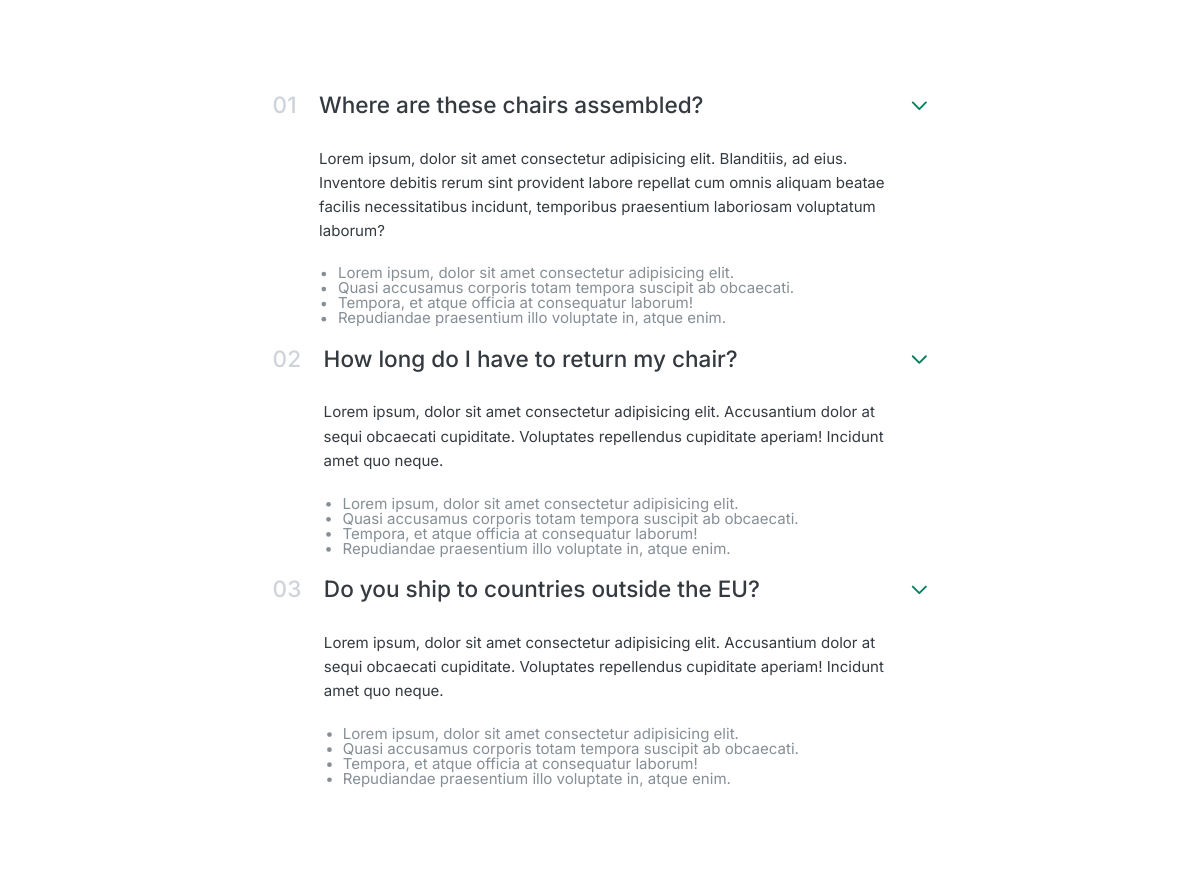
Repository: nghiakma/HTML-CSS-Fundamental
Page: Component_LayoutPatterns/accordion.html
The author's editor kept a copy of each file at every save. The page is drawn from the files as they stood at one save, then again after the next save.
The browser window is 1280 px wide. The pictures show the whole page, at 94% of full size.

Above is the page before, as saved 2023-08-26 11:12:15.

### Component_LayoutPatterns/accordion.html
<!DOCTYPE html>
<html lang="en">

<head>
  <meta charset="UTF-8">
  <meta name="viewport" content="width=device-width, initial-scale=1.0">
  <link href="https://fonts.googleapis.com/css2?family=Inter:wght@400;500;700&display=swap" rel="stylesheet" />
  <title>Accordion Component</title>
  <style>
    /*
      SPACING SYSTEM (px)
      2 / 4 / 8 / 12 / 16 / 24 / 32 / 48 / 64 / 80 / 96 / 128
      FONT SIZE SYSTEM (px)
      10 / 12 / 14 / 16 / 18 / 20 / 24 / 30 / 36 / 44 / 52 / 62 / 74 / 86 / 98
      */
    /*
      MAIN COLOR: #087f5b
      GREY COLOR: #343a40
      */
    * {
      margin: 0;
      padding: 0;
      box-sizing: border-box;
    }

    body {
      font-family: "Inter", sans-serif;
      color: #343a40;
      line-height: 1;
    }

    .accordion {
      width: 700px;
      margin: 100px auto;
      display: flex;
      flex-direction: column;
      gap: 24px;
    }

    .item {
      display: grid;
      grid-template-columns: auto 1fr auto;
      column-gap: 24px;
      row-gap: 32px;
      align-items: center;
    }

    .number,
    .text {
      font-size: 24px;
      font-weight: 500;
    }

    .number {
      color: #ced4da;
    }

    .icon {
      stroke: #087f5b;
      width: 24px;
      height: 24px;
    }

    .hidden-box {
      grid-column: 2;
    }

    .hidden-box p {
      line-height: 1.6;
      margin-bottom: 24px;
    }

    .hidden-box ul {
      color: #868e96;
      margin-left: 20px;
      display: flex;
      flex-direction: column;
    }
  </style>
</head>
<!--Accordion la mot danh sach dc sap xep theo chieu doc hay chieu ngang
co chuc nang de hien thi hay an noi dung-->

<body>
  <div class="accordion">
    <div class="item">
      <p class="number">01</p>
      <p class="text">Where are these chairs assembled?</p>
      <svg xmlns="http://www.w3.org/2000/svg" class="icon" fill="none" viewBox="0 0 24 24" stroke="currentColor">
        <path stroke-linecap="round" stroke-linejoin="round" stroke-width="2" d="M19 9l-7 7-7-7" />
      </svg>
      <div class="hidden-box">
        <p>
          Lorem ipsum, dolor sit amet consectetur adipisicing elit. Blanditiis, ad eius. Inventore debitis rerum sint
          provident labore repellat cum omnis aliquam beatae facilis necessitatibus incidunt, temporibus praesentium
          laboriosam voluptatum laborum?
        </p>
        <ul>
          <li>Lorem ipsum, dolor sit amet consectetur adipisicing elit.</li>
          <li>
            Quasi accusamus corporis totam tempora suscipit ab obcaecati.
          </li>
          <li>Tempora, et atque officia at consequatur laborum!</li>
          <li>Repudiandae praesentium illo voluptate in, atque enim.</li>
        </ul>
      </div>
    </div>
    <div class="item open">
      <p class="number">02</p>
      <p class="text">How long do I have to return my chair?</p>
      <svg xmlns="http://www.w3.org/2000/svg" class="icon" fill="none" viewBox="0 0 24 24" stroke="currentColor">
        <path stroke-linecap="round" stroke-linejoin="round" stroke-width="2" d="M19 9l-7 7-7-7" />
      </svg>
      <div class="hidden-box">
        <p>
          Lorem ipsum, dolor sit amet consectetur adipisicing elit.
          Accusantium dolor at sequi obcaecati cupiditate. Voluptates
          repellendus cupiditate aperiam! Incidunt amet quo neque.
        </p>
        <ul>
          <li>Lorem ipsum, dolor sit amet consectetur adipisicing elit.</li>
          <li>
            Quasi accusamus corporis totam tempora suscipit ab obcaecati.
          </li>
          <li>Tempora, et atque officia at consequatur laborum!</li>
          <li>Repudiandae praesentium illo voluptate in, atque enim.</li>
        </ul>
      </div>
    </div>

    <div class="item">
      <p class="number">03</p>
      <p class="text">Do you ship to countries outside the EU?</p>
      <svg xmlns="http://www.w3.org/2000/svg" class="icon" fill="none" viewBox="0 0 24 24" stroke="currentColor">
        <path stroke-linecap="round" stroke-linejoin="round" stroke-width="2" d="M19 9l-7 7-7-7" />
      </svg>
      <div class="hidden-box">
        <p>
          Lorem ipsum, dolor sit amet consectetur adipisicing elit.
          Accusantium dolor at sequi obcaecati cupiditate. Voluptates
          repellendus cupiditate aperiam! Incidunt amet quo neque.
        </p>
        <ul>
          <li>Lorem ipsum, dolor sit amet consectetur adipisicing elit.</li>
          <li>
            Quasi accusamus corporis totam tempora suscipit ab obcaecati.
          </li>
          <li>Tempora, et atque officia at consequatur laborum!</li>
          <li>Repudiandae praesentium illo voluptate in, atque enim.</li>
        </ul>
      </div>
    </div>
  </div>
</body>

</html>

After the next save:
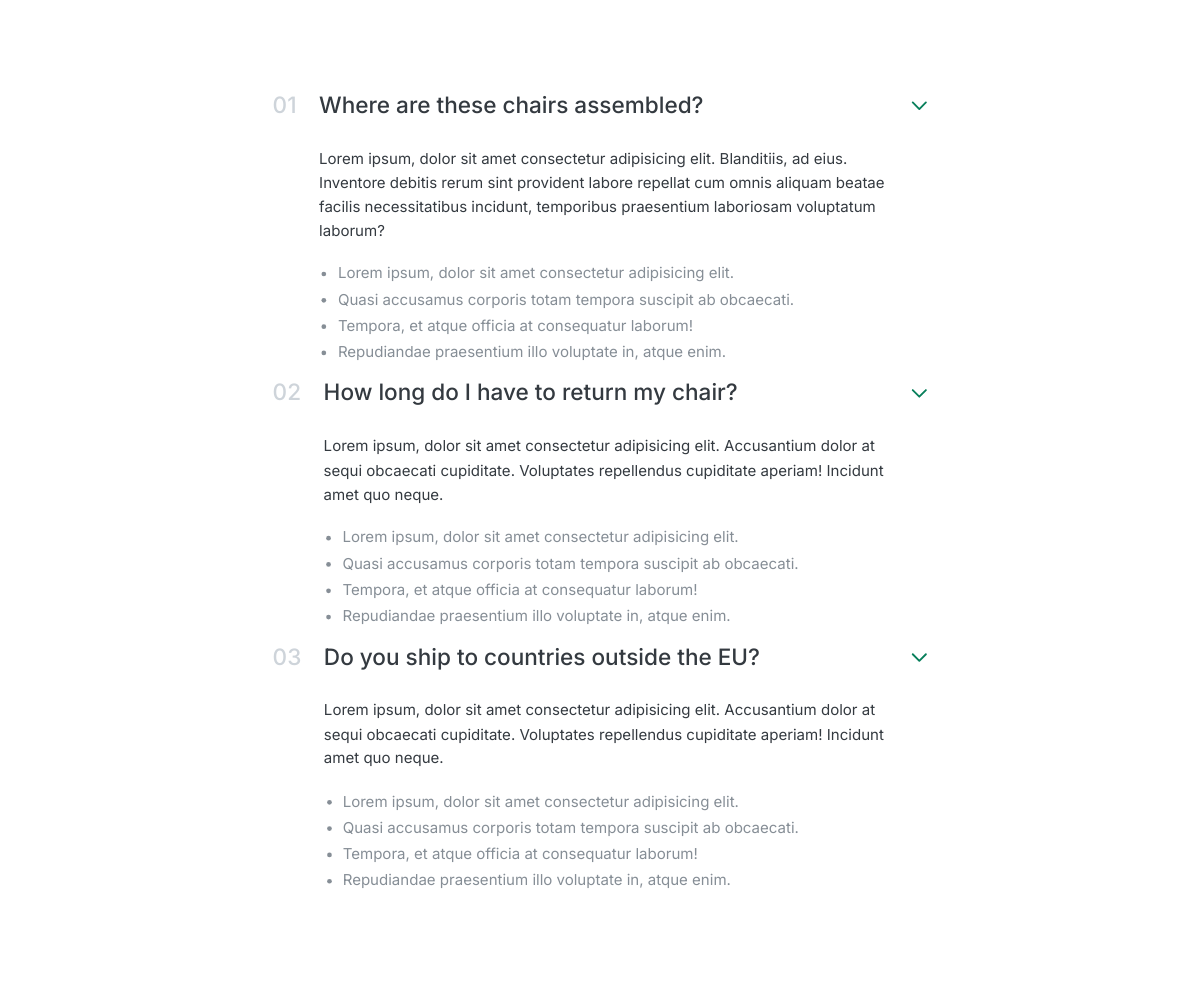
Saved 5 s later.
--- a/Component_LayoutPatterns/accordion.html
+++ b/Component_LayoutPatterns/accordion.html
@@ -75,6 +75,7 @@
       margin-left: 20px;
       display: flex;
       flex-direction: column;
+      gap: 12px;
     }
   </style>
 </head>
